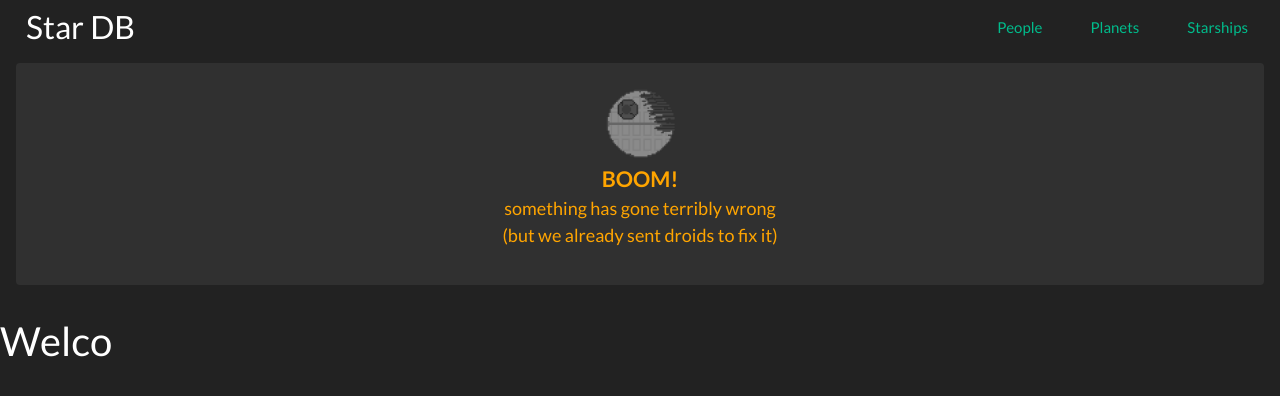
Repository: mirighost/Star-DB
Page: /
The author's editor kept a copy of each file at every save. The page is drawn from the files as they stood at one save, then again after a run of saves.
The browser window is 1280 px wide. The pictures show the whole page.
The page's requests for data from a server got no answer. The project was rebuilt for these pictures with package versions that can differ from the ones it lists, and the page was loaded fresh each time. No one was signed in, and anything a server would have sent is missing. Also part of the build but not shown: src/components/spinner/spinner.css, src/components/error-boundary/error-boundary.js, src/components/row/row.js, src/components/row/index.js, src/components/pages/people-page.js, src/components/pages/planet-page.js, src/components/pages/starship-page.js. Imported but missing from the stored project, and not drawn on this page: src/components/sw-components/index.

Above is the page before, as saved 2020-03-16 14:20:29.

### public/index.html
<!DOCTYPE html>
<html lang="en">

<head>
  <meta charset="utf-8" />
  <meta name="viewport" content="width=device-width, initial-scale=1" />
  <link rel="shortcut icon" href="favicon.ico" type="image/x-icon">
  <!-- Bootstrap CSS -->
  <link rel="stylesheet" href="bootstrap.min.css">
  <title>StartDB</title>
</head>

<body>
  <noscript>You need to enable JavaScript to run this app.</noscript>
  <div id="root"></div>
</body>

</html>

### src/index.js
import React from 'react';
import ReactDOM from 'react-dom';
import App from './components/app';

ReactDOM.render(<App />,
    document.getElementById('root'));

### src/components/app/app.js
import React, { Component } from 'react';

import Header from '../header';
import RandomPlanet from '../random-planet';
import ErrorBoundary from '../error-boundary/index';
import SwapiService from '../../services/swapi-service'
import { SwapiServiceProvider } from '../swapi-service-context/index';
import { PeoplePage, PlanetPage, StarshipPage } from '../pages/index';

import { BrowserRouter as Router, Route } from 'react-router-dom'

export default class App extends Component {

    swapiService = new SwapiService();

    render() {

        return (
            <ErrorBoundary>
                <SwapiServiceProvider value={this.swapiService}>
                    <Router>

                        <div className="stardb-app">
                            <Header />
                            <RandomPlanet />
                            <Route path="/" render={()=> <h2>Welco</h2>}/>
                                <Route path="/people" component={PeoplePage} />
                                <Route path="/planets" component={PlanetPage} />
                                <Route path="/starships" component={StarshipPage} />

                        </div>

                    </Router>
                </SwapiServiceProvider>
            </ErrorBoundary>
        );
    };
};

### src/components/error-boundary/index.js
import ErrorBoundary from './error-boundary';

export default ErrorBoundary;

### src/services/swapi-service.js
export default class SwapiService {

    _apiBase = 'https://swapi.co/api';
    _imageBase = 'https://starwars-visualguide.com/assets/img';

    getResource = async (url) => {
        const res = await fetch(`${this._apiBase}${url}`);

        if (!res.ok) {
            throw new Error(`Could not fetch  ${url}`
                + `, received ${res.status}`)
        };
        return await res.json();
    };

    // People
    getAllPeople = async () => {
        const res = await this.getResource(`/people/`);
        return res.results
            .map(this._transformPerson);
    };

    getPerson = async (id) => {
        const person = await this.getResource(`/people/${id}/`);
        return this._transformPerson(person);
    };

    // Planets
    getAllPlanets = async () => {
        const res = await this.getResource(`/planets/`);
        return res.results
            .map(this._transformPlanet);
    };

    getPlanet = async (id) => {
        const planet = await this.getResource(`/planets/${id}/`);
        return this._transformPlanet(planet);
    };

    // Starships
    getAllStarships = async () => {
        const res = await this.getResource(`/starships/`);
        return res.results
            .map(this._transformStarship);
    };

    getStarship = async (id) => {
        const starship = await this.getResource(`/starships/${id}/`);
        return this._transformStarship(starship);
    };

    // get ID
    _extractId = (item) => {
        const idRegExp = /\/([0-9]*)\/$/;
        return item.url.match(idRegExp)[1];
    };

    // Images
    getPersonImage = ({ id }) => {
        return `${this._imageBase}/characters/${id}.jpg`;
    };
    getStarshipImage = ({ id }) => {
        return `${this._imageBase}/starships/${id}.jpg`;
    };
    getPlanetImage = ({ id }) => {
        return `${this._imageBase}/planets/${id}.jpg`;
    };

    _transformPlanet = (planet) => {
        return {
            id: this._extractId(planet),
            name: planet.name,
            population: planet.population,
            rotationPeriod: planet.rotation_period,
            diameter: planet.diameter
        };
    };

    _transformStarship = (starship) => {
        return {
            id: this._extractId(starship),
            name: starship.name,
            model: starship.model,
            manufacturer: starship.manufacturer,
            costInCredits: starship.cost_in_credits,
            length: starship.length,
            crew: starship.crew,
            passengers: starship.passengers,
            cargoCapacity: starship.cargo_capacity
        };
    };

    _transformPerson = (person) => {
        return {
            id: this._extractId(person),
            name: person.name,
            gender: person.gender,
            birthYear: person.birth_year,
            eyeColor: person.eye_color
        };
    };
};

### src/components/swapi-service-context/index.js
import {
    SwapiServiceProvider,
    SwapiServiceConsumer
} from './swapi-service-context';

export {
    SwapiServiceProvider,
    SwapiServiceConsumer
};

### src/components/pages/index.js
import PeoplePage from './people-page';
import PlanetPage from './planet-page';
import StarshipPage from './starship-page';

export {
    PeoplePage,
    PlanetPage,
    StarshipPage
};

### src/components/header/header.js
import React from 'react';
import { Link } from 'react-router-dom';

import './header.css';

const Header = () => {
    return (
        <div className="header d-flex">
            <h3>
                <a href="/">
                    Star DB
                </a>
            </h3>
            <ul className="d-flex">
                <li>
                    <Link to="/people">People</Link>
                </li>
                <li>
                    <Link to="/planets">Planets</Link>
                </li>
                <li>
                    <Link to="/starships">Starships</Link>
                </li>
            </ul>
        </div>
    );
};

export default Header;

### src/components/random-planet/random-planet.js
import React, { Component } from 'react';
import PropTypes from 'prop-types';
import SwapiService from '../../services/swapi-service';
import Spinner from '../spinner/index'
import ErrorIndicator from '../error-indicator/index'

import './random-planet.css';

export default class RandomPlanet extends Component {

    static defaultProps = {
        updateInterval: 10000
    };

    static propTypes = {
        updateInterval: PropTypes.number
    };

    swapiService = new SwapiService();

    state = {
        planet: {},
        loading: true
    };

    componentDidMount() {

        const { updateInterval } = this.props;

        this.updatePlanet();
        this.interval = setInterval(this.updatePlanet, updateInterval)
    };

    componentWillUnmount() {
        clearInterval(this.interval)
    };

    onPlanetLoaded = (planet) => {
        this.setState({
            planet,
            loading: false,
            error: false
        });
    };

    onError = (err) => {
        this.setState({
            error: true,
            loading: false
        });
    };

    updatePlanet = () => {
        const id = Math.floor(Math.random() * 25) + 2;
        this.swapiService
            .getPlanet(id)
            .then(this.onPlanetLoaded)
            .catch(this.onError);
    };

    render() {
        const { planet, loading, error } = this.state;

        // What to show
        const errorMessage = error ? <ErrorIndicator /> : null;
        const spinner = loading ? <Spinner /> : null;

        const hasData = !(loading || error);
        const content = hasData ? <PlanetView planet={planet} /> : null;

        return (
            <div className="random-planet jumbotron rounded">
                {errorMessage}
                {spinner}
                {content}
            </div>
        );
    };
};

const PlanetView = ({ planet }) => {

    const { id, name, population,
        rotationPeriod, diameter,
    } = planet;

    return (
        <React.Fragment>
            <img className="planet-image"
                src={`https://starwars-visualguide.com/assets/img/planets/${id}.jpg`} alt="..." />
            <div>
                <h4>{name}</h4>
                <ul className="list-group list-group-flush">
                    <li className="list-group-item">
                        <span className="term">Population:</span>
                        <span>{population}</span>
                    </li>
                    <li className="list-group-item">
                        <span className="term">Rotation Period:</span>
                        <span>{rotationPeriod}</span>
                    </li>
                    <li className="list-group-item">
                        <span className="term">Diameter:</span>
                        <span>{diameter}</span>
                    </li>
                </ul>
            </div>
        </React.Fragment>
    );
};

### src/components/swapi-service-context/swapi-service-context.js
import React from 'react';

const {
    Provider: SwapiServiceProvider,
    Consumer: SwapiServiceConsumer
} = React.createContext();

export {
    SwapiServiceProvider,
    SwapiServiceConsumer
};

### src/components/header/header.css
.header {
  margin-top: 0.5rem;
  padding-left: 10px;
  margin-left: 1rem;
  display: flex;
  justify-content: space-between;
}

.header ul li {
  list-style: none;
  margin: 0;
  padding: 0.5rem 1rem;
  border-radius: 3px;
  margin-right: 1rem;
}

.header ul li:hover {
  background-color: #444;
}

.header a:hover {
  text-decoration: none;
}

.header h3 a {
  color: white;
}

.header h3 a:hover {
  color: #00bc8c;
}

### src/components/random-planet/random-planet.css
.random-planet {
    display: flex;
    padding: 1rem;
    margin-right: 1rem;
    margin-left: 1rem;
}

.random-planet .planet-image {
    width: 150px;
    height: 150px;
    border-radius: 10px;
    margin-right: 1rem;
}

.random-planet .list-group {
    margin: 1rem 0 0 1rem;
}

.random-planet .list-group-item {
    padding: .25rem;
    font-size: 1rem;
}

.random-planet .list-group-item .term {
    margin-right: .5rem;
}

### src/components/spinner/spinner.js
import React from 'react';
import './spinner.css';

const Spinner = () => {
    return (
        <div className="center loadingio-spinner-dual-ball-cnsf0j7temb"><div className="ldio-qe5xxwb082">
            <div></div><div></div><div></div>
        </div></div>
    );
};

export default Spinner;

### src/components/error-indicator/error-indicator.js
import React from 'react';
import './error-indicator.css';
import icon from './error.png'

const ErrorIndicator = () => {
    return (
        <div className="error-indicator">
            <img src={icon} alt="planet was not found" className="image"></img>
            <span className="boom">BOOM!</span>
            <span>
                something has gone terribly wrong
            </span>
            <span>
                (but we already sent droids to fix it)
            </span>
        </div>
    );
};

export default ErrorIndicator;

### src/components/error-indicator/error-indicator.css
.error-indicator {
  color: orange;
  margin-left: auto;
  margin-right: auto;
  display: flex;
  flex-direction: column;
  font-size: large;
  text-align: center;
  margin-bottom: 1.2rem;
}

.error-indicator .image {
  margin: auto;
  width: 20%;
  height: auto;
}

.error-indicator .boom {
  font-weight: bold;
  font-size: larger;
}

Loaded but not shown: src/components/app/index.js (common file); src/components/header/index.js (common file); src/components/random-planet/index.js (common file); src/components/spinner/index.js (common file); src/components/error-indicator/index.js (common file); public/bootstrap.min.css (library)

After the next 2 saves:
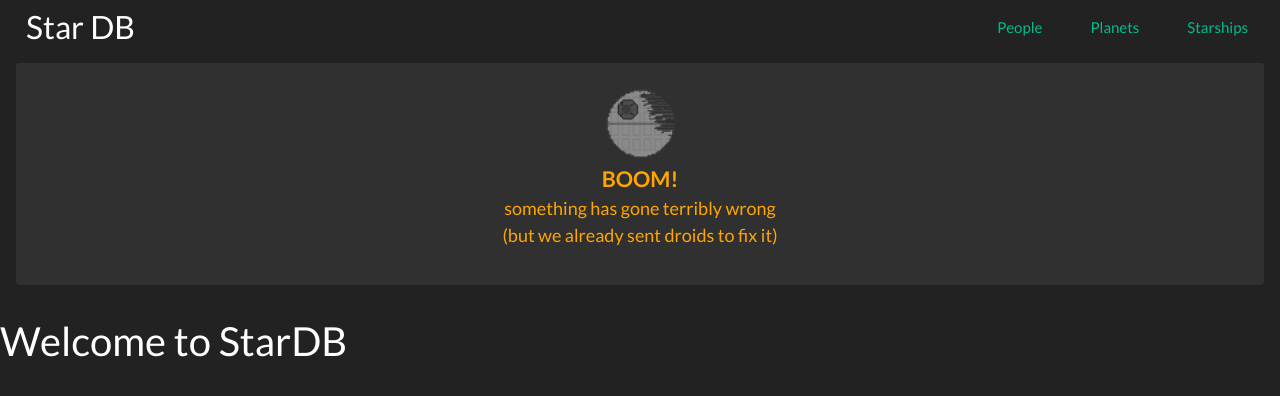
The 2 saves are shown as one change because they came seconds apart.
The last was saved 7 s later.
--- a/src/components/app/app.js
+++ b/src/components/app/app.js
@@ -23,7 +23,7 @@
                         <div className="stardb-app">
                             <Header />
                             <RandomPlanet />
-                            <Route path="/" render={()=> <h2>Welco</h2>}/>
+                            <Route path="/" render={()=> <h2>Welcome to StarDB</h2>}/>
                                 <Route path="/people" component={PeoplePage} />
                                 <Route path="/planets" component={PlanetPage} />
                                 <Route path="/starships" component={StarshipPage} />
